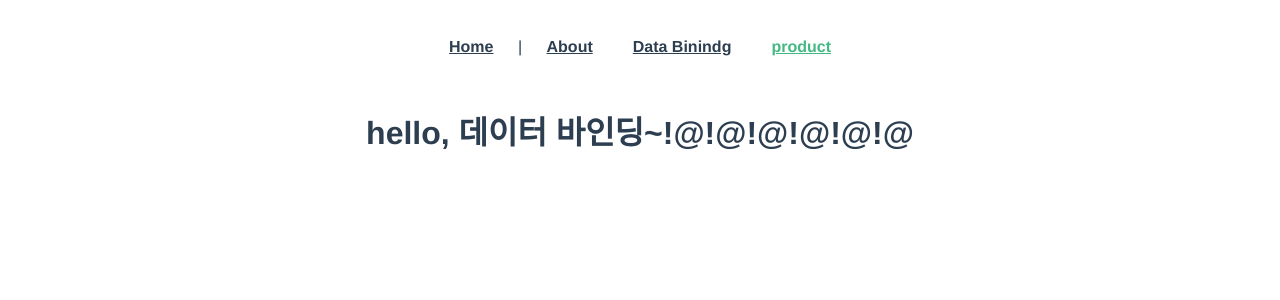
Repository: jang0ha/vue
Page: /product
An editor plug-in stored every save of this project. The page is shown before and after the next save, followed by the edit.
The browser window is 1280 px wide. The pictures show the whole page.
The project was rebuilt for these pictures with package versions that can differ from the ones it lists, and the page was loaded fresh each time. Also part of the build but not shown: vue.config.js, src/components/HelloWorld.vue, src/views/HomeView.vue, src/views/AboutView.vue, src/views/DataBinding.vue.

Above is the page before, as saved 2022-04-15 11:35:48.

### src/App.vue
<template>
  <nav>
    <router-link to="/">Home</router-link> |
    <router-link to="/about">About</router-link>
    <router-link to="/databinding">Data Binindg</router-link>
    <router-link to="/product">product</router-link>
  </nav>
  <router-view/>
</template>

<style>
#app {
  font-family: Avenir, Helvetica, Arial, sans-serif;
  -webkit-font-smoothing: antialiased;
  -moz-osx-font-smoothing: grayscale;
  text-align: center;
  color: #2c3e50;
}

nav {
  padding: 30px;
}

nav a {
  font-weight: bold;
  color: #2c3e50;
  margin: 0 20px;
}

nav a.router-link-exact-active {
  color: #42b983;
}
</style>

### src/router/index.js
import { createRouter, createWebHistory } from 'vue-router'
import HomeView from '../views/HomeView.vue'
import AboutView from '../views/AboutView.vue'
import DataBinding from '../views/DataBinding.vue'
import ProductView from '../views/ProductView.vue'

const routes = [
  {
    path: '/', //브라우저에서 접속하는 url 주소를 정의
    name: 'home',
    component: HomeView // 지정된path로 들어왔을 때 보여줄 vue 컴포넌트 , 앞으로 구현할 vue 파일을 연결하고, 해당파일을 실행
  },
  {
    path: '/about',
    name: 'about',
    // route level code-splitting  >> 라우트 레벨에서 코드를 분할하는 방법
    // this generates a separate chunk (about.[hash].js) for this route  >> 이 라우트에 대한 chunk파일이 분리되어 생성
    // which is lazy-loaded when the route is visited.  >> 이 라우트에 방문했을떄 지연로드 됩니다.
    // component: () => import(
      /* webpackChunkName: "about" */
    //   '../views/AboutView.vue'
    // )
    component: AboutView
  },
  {
    path: '/databinding',
    name: 'DataBinding',
    // route level code-splitting  >> 라우트 레벨에서 코드를 분할하는 방법
    // this generates a separate chunk (about.[hash].js) for this route  >> 이 라우트에 대한 chunk파일이 분리되어 생성
    // which is lazy-loaded when the route is visited.  >> 이 라우트에 방문했을떄 지연로드 됩니다.
    component:DataBinding
  }
  ,
  {
    path: '/product',
    name: 'ProductView',
    // route level code-splitting  >> 라우트 레벨에서 코드를 분할하는 방법
    // this generates a separate chunk (about.[hash].js) for this route  >> 이 라우트에 대한 chunk파일이 분리되어 생성
    // which is lazy-loaded when the route is visited.  >> 이 라우트에 방문했을떄 지연로드 됩니다.
    component:ProductView
  }
]

const router = createRouter({
  history: createWebHistory(process.env.BASE_URL),
  routes
})

export default router

### src/views/ProductView.vue
<template>
    <h1>hello, {{title}}</h1>

    <div>
    </div>
</template>
<script>
export default {
    data(){ //html과 자바스크립트 코드에서 사용할 데이터 변수 선언
        return {
            title : "데이터 바인딩~!@!@!@!@!@!@ ",
            htmlString:'<p style="color: red;">나는 문어~ </p>',
            checked: [],
            picked:[],
            textValue :"",
            isActive:"true",
            hasError:"false"

        };
    },
}
</script>

<style>
    button{background:#111; color:#fff; outline:0;}
    button:disabled{background:#ededed;}
    .active{
        background:#ededed; color:blue; font-size:30px; font-weight: bold;

    }
    .fail {
        background:red; color:white; font-size:30px;font-weight: bold;
    }
</style>

Loaded but not shown: public/index.html (common file); src/main.js (common file)

After the next save:
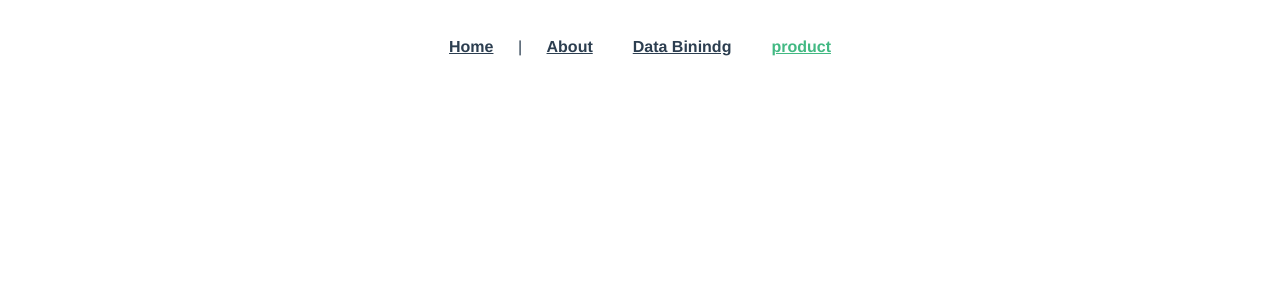
Saved 8 s later.
--- a/src/views/ProductView.vue
+++ b/src/views/ProductView.vue
@@ -1,6 +1,4 @@
 <template>
-    <h1>hello, {{title}}</h1>
-
     <div>
     </div>
 </template>
